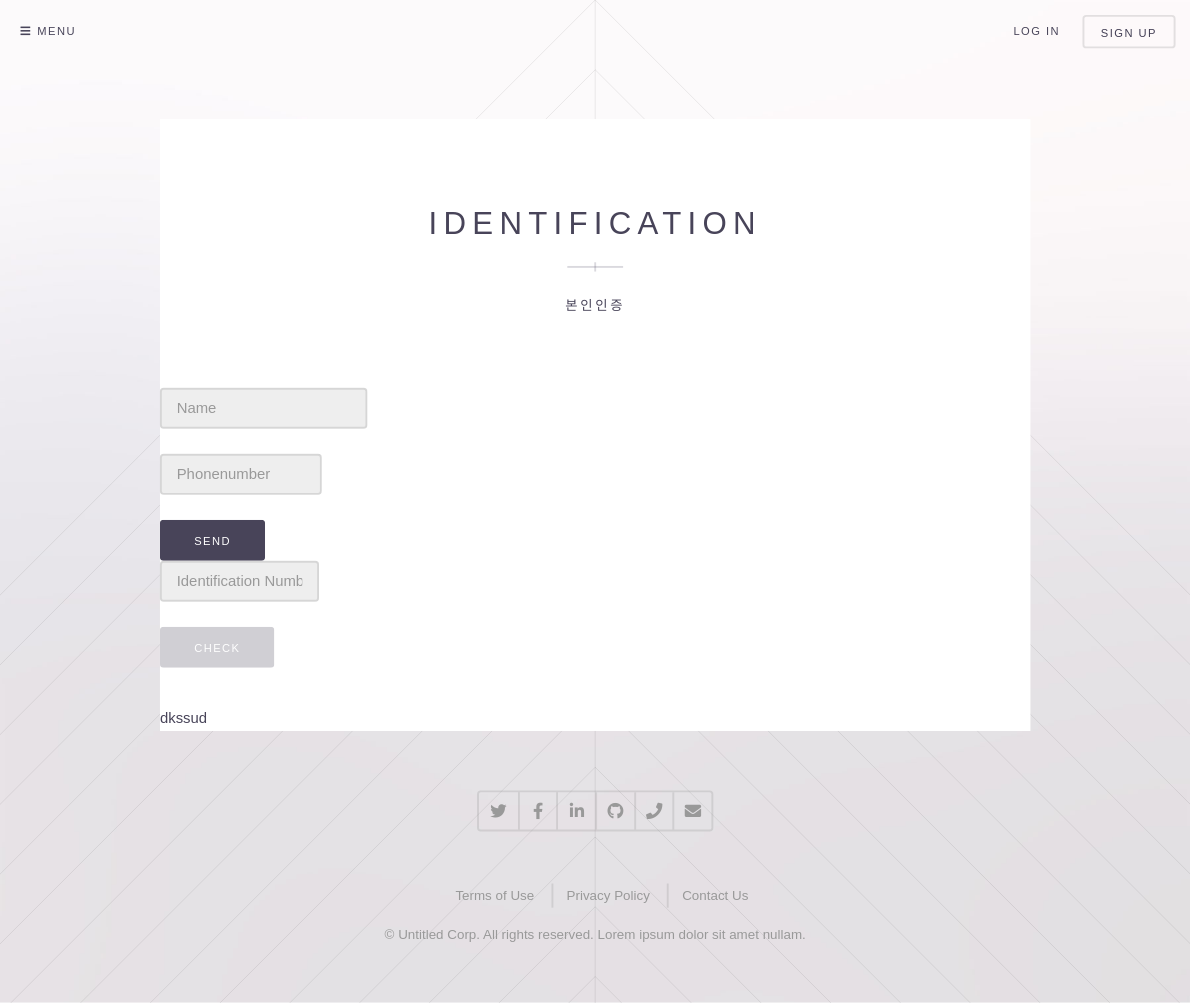
Repository: WKMoon/JavaScript-Project
Page: myFront/WebContent/identification.html
An editor plug-in stored every save of this project. The page is shown before and after the next save, followed by the edit.
The browser window is 1280 px wide. The pictures show the whole page, at 93% of full size.
Some web fonts or font styles are not loaded; a fallback is used.

Above is the page before, as saved 2021-03-01 23:47:39.

After the next save:
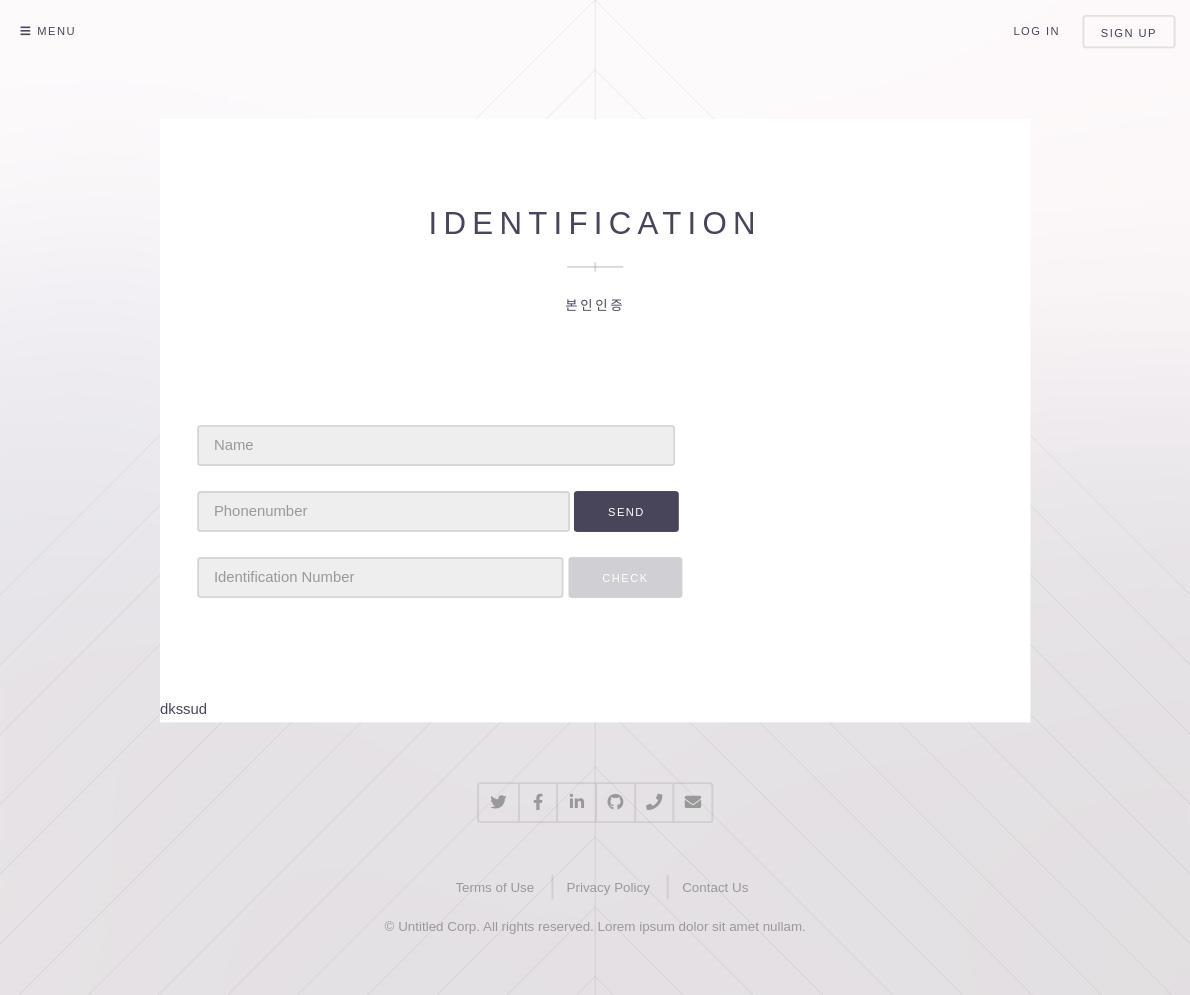
Saved 7 s later.
--- a/myFront/WebContent/identification.html
+++ b/myFront/WebContent/identification.html
@@ -40,7 +40,7 @@
 						</header>
 
 					<!-- Content -->
-						<div class="row">
+						<div class="content">
 							<form method="post" action="#">
 											<div>
 												<div class="col-6 col-12-xsmall" style="width:60%;">
